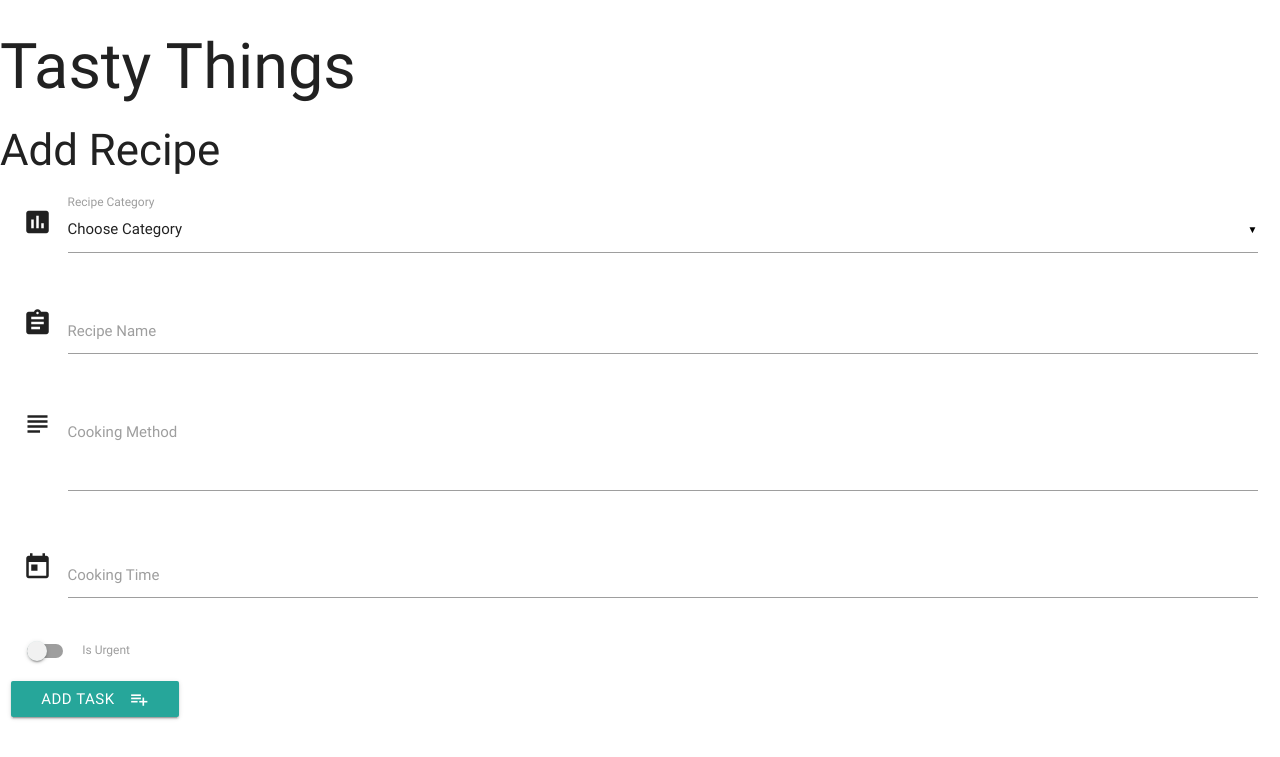
Repository: marius1989D/milestone-project-3
Page: templates/addrecipe.html
The author's editor kept a record of every edit. The page is drawn from the files as they stood at one moment, then again after the next edit.
The browser window is 1280 px wide. The pictures show the whole page.
The page is served by the project's application, run on Flask 3 (app.py). The template is opened directly, without the code that normally fills it, so the values that code supplies are empty.

Above is the page before.

### templates/addrecipe.html
{% extends 'base.html' %} {% block content %}
<h3>Add Recipe</h3>
<div class="row">
    <form action="{{ url_for('insert_recipe') }}" method="POST"  class="col s12">
        <div class="row">
            <div class="row">
                <div class="input-field col s12">
                    <i class="material-icons prefix">poll</i>
                    <select id="category" name="recipe_category">
                  <option value="" disabled selected>Choose Category</option>
                  {% for cat in categories %}
                      <option value="{{cat.recipe_category}}">{{cat.recipe_category}}</option>
                  {% endfor %}
                </select>
                    <label>Recipe Category</label>
                </div>
            </div>
            <div class="input-field col s12">
                <i class="material-icons prefix">assignment</i>
                <input id="recipe_name" name="recipe_name" type="text">
                <label for="icon_prefix">Recipe Name</label>
            </div>
        </div>
        <div class="row">
            <div class="input-field col s12">
                <i class="material-icons prefix">subject</i>
                <textarea name="recipe_method" id="recipe_method" class="materialize-textarea"></textarea>
                <label for="icon_telephone">Cooking Method</label>
            </div>
        </div>
        <div class="row">
            <div class="input-field col s12">
                <i class="material-icons prefix">today</i>
                <input id="recipe_time" name="recipe_time" type="text" class="datepicker">
                <label for="icon_prefix">Cooking Time</label>
            </div>
        </div>
        <div class="row">
            <div class="switch">
                <label>
                  <input id="is_urgent" name="is_urgent" type="checkbox">
                  <span class="lever"></span>
                  Is Urgent
                </label>
            </div>
        </div>
        <div class="row">
            <button class="btn waves-effect waves-light" type="submit" name="action">Add Task
                <i class="material-icons right">playlist_add</i>
             </button>
        </div>
    </form>
</div>

{% endblock %}

### templates/base.html
<!DOCTYPE html>
<html lang="en">

<head>
    <meta charset="UTF-8">
    <meta name="viewport" content="width=device-width, initial-scale=1.0">
    <meta http-equiv="X-UA-Compatible" content="ie=edge">

    <link href="https://fonts.googleapis.com/icon?family=Material+Icons" rel="stylesheet">
    <link rel="stylesheet" href="https://cdnjs.cloudflare.com/ajax/libs/materialize/0.100.2/css/materialize.min.css">
    <link rel="stylesheet" href="{{url_for('static' , filename = "css/style.css")}}" type="text/css" />
    <title>Tasty Things</title>
</head>

<body>
    <h1>Tasty Things</h1>


    <script src="https://cdnjs.cloudflare.com/ajax/libs/jquery/3.4.1/jquery.min.js" integrity="sha256-CSXorXvZcTkaix6Yvo6HppcZGetbYMGWSFlBw8HfCJo=" crossorigin="anonymous"></script>
    <script src="https://cdnjs.cloudflare.com/ajax/libs/materialize/0.100.2/js/materialize.min.js"></script>
    <script type="text/javascript">
        $(document).ready(function() {
            $('.collapsible').collapsible();
            $('select').material_select();
        });
    </script>
    {% block content %} {% endblock %}
</body>

</html>

### app.py
import os
from flask import Flask, render_template, redirect, request, url_for
from flask_pymongo import PyMongo
from bson.objectid import ObjectId

app = Flask(__name__)

app.config["MONGO_DBNAME"] = 'cooking_recipes'
app.config["MONGO_URI"] = 'mongodb+srv://root:r00tUser@myfirstcluster-rffnv.mongodb.net/cooking_recipes?retryWrites=true&w=majority'

mongo = PyMongo(app)

@app.route('/')
@app.route('/get_recipe')
def get_recipe():
    return render_template('recipes.html', recipes=mongo.db.recipes.find())

@app.route('/add_recipe')
def add_recipe():
    return render_template('addrecipe.html',
                           recipes=mongo.db.recipes.find())

@app.route('/insert_recipe', methods=['POST'])
def insert_recipe():
    recipes =  mongo.db.recipes
    recipes.insert_one(request.form.to_dict())
    return redirect(url_for('get_recipe'))

if __name__ == '__main__':
    app.run(host=os.environ.get('IP'),
        port=int(os.environ.get('PORT')),
        debug=True)

Loaded but not shown: static/css/style.css (no copy from this time; the picture is the same without it)

After the next edit:
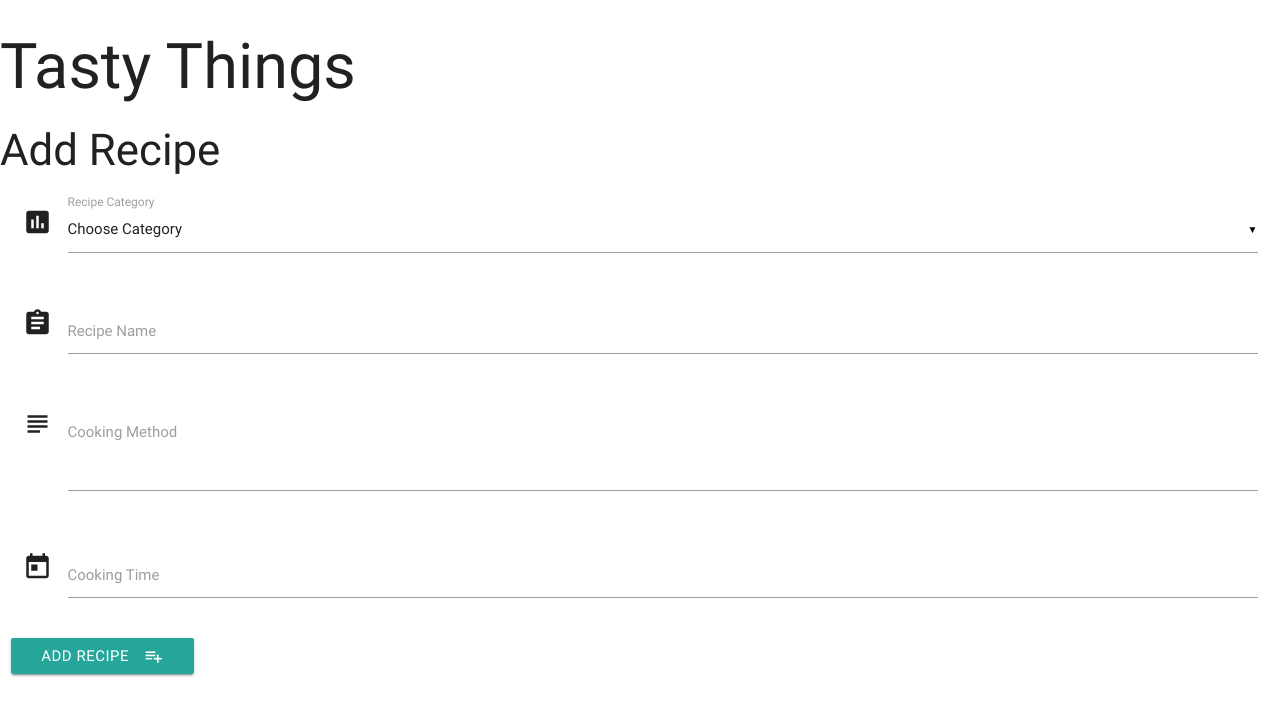
The edit:
--- a/templates/addrecipe.html
+++ b/templates/addrecipe.html
@@ -36,16 +36,7 @@
             </div>
         </div>
         <div class="row">
-            <div class="switch">
-                <label>
-                  <input id="is_urgent" name="is_urgent" type="checkbox">
-                  <span class="lever"></span>
-                  Is Urgent
-                </label>
-            </div>
-        </div>
-        <div class="row">
-            <button class="btn waves-effect waves-light" type="submit" name="action">Add Task
+            <button class="btn waves-effect waves-light" type="submit" name="action">Add Recipe
                 <i class="material-icons right">playlist_add</i>
              </button>
         </div>
